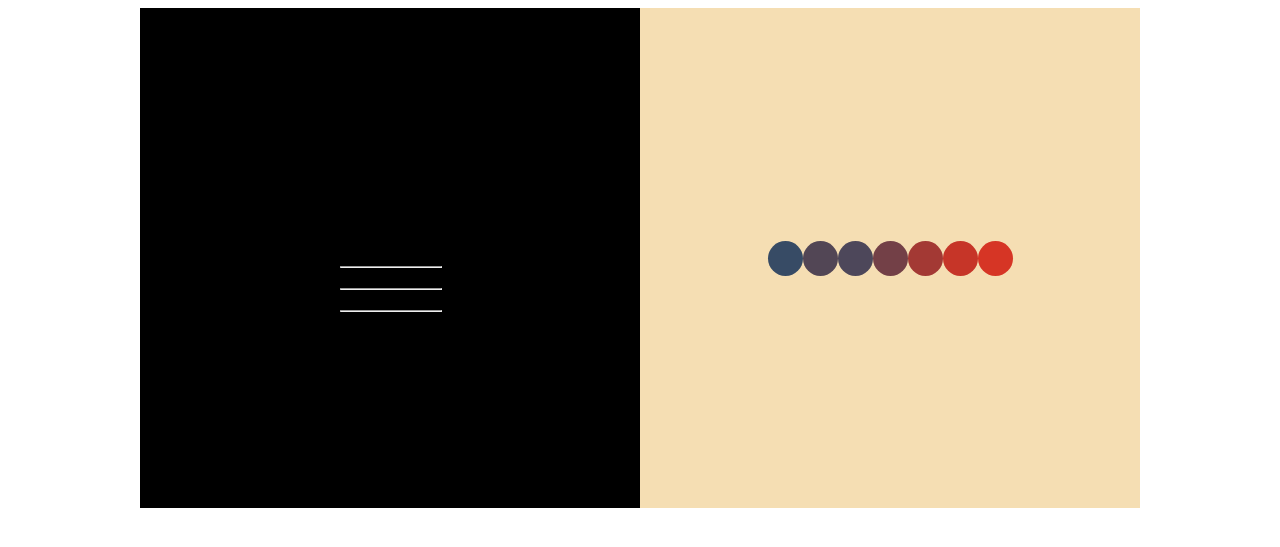
Repository: batonAnton/Hw-Lec10-animation
Page: index.html
These files come from the project's save history. The page is drawn as it stood at one moment and after the next save; the edit follows.
The browser window is 1280 px wide. The pictures show the whole page.

Above is the page before, as saved 2022-07-16 15:11:59.

### index.html
<!DOCTYPE html>
<html lang="en">
<head>
    <meta charset="UTF-8">
    <meta http-equiv="X-UA-Compatible" content="IE=edge">
    <meta name="viewport" content="width=device-width, initial-scale=1.0">
    <link rel="stylesheet" href="css/style.css">
    <title>Animation</title>
</head>
<body>
        <div class="wrapper">
            <div class="block">
                <div class="cross-line">
                    <hr class="first-line">
                    <hr class="second-line">
                    <hr class="third-line">
                </div>
            </div>
            <div class="allcircle">
                <div class="circle1 circle"></div>
                <div class="circle2 circle"></div>
                <div class="circle3 circle"></div>
                <div class="circle4 circle"></div>
                <div class="circle5 circle"></div>
                <div class="circle6 circle"></div>
                <div class="circle7 circle"></div>
            </div>
        </div>
</body>
</html>

### css/style.css
.wrapper{
    display:flex;
    justify-content: center;
    position: relative;
}
.block{
    background-color: black;
    width: 500px;
    height: 500px;
    display:flex;
    justify-content: center;
}

.cross-line{
    width: 100px;
    height: 100px;
    top: 50%;
    position:absolute;
}

hr{
    background-color: #fff;
    width: 100px;
}

.second-line{
    margin-bottom: 20px;
    margin-top: 20px;
    transition: all 0.3s ease-in-out;

}

.second-line{
    transition: all 0.3s ease-in-out;

}

.third-line{
    transition: all 0.3s ease-in-out;
}





.cross-line:hover .first-line {
    box-shadow: 0.4em 0 0.6em 0.2em rgb(190, 40, 204);
    transition: all 0.3s ease-in-out;
    transform: translateY(18px) translateX(0px) rotate(45deg);


}
.cross-line:hover .second-line {
    transition: all 0.3s ease-in-out;
    box-shadow: 0.4em 0 0.6em 0.2em rgb(190, 40, 204);
    transform: translateY(-3px) translateX(0px) rotate(-45deg);
}

.cross-line:hover .third-line{
    transition: all 0.3s ease-in-out;
    transform: translateY(-26px) translateX(0px) rotate(-45deg);
}

/* circle */

.allcircle{
    background-color: wheat;
    height: 500px;
    width: 500px;
    display: flex;
    justify-content: center;
    align-items: center;
    position: relative;
}
.circle{
    border-radius: 50%;
    width: 35px;
    height: 35px;
    background-color: rgb(46, 111, 49);

}

.circle:nth-child(1){
    background-color: rgb(55,75,101);
    animation-name: circle1;
    animation-duration: 3s;
    animation-iteration-count: infinite;
    left: -10px;
}

.circle:nth-child(2){
    background-color: rgb(82,70,85);
}
.circle:nth-child(3){
    background-color: rgb(77,71,90);
}
.circle:nth-child(4){
    background-color: rgb(115,64,71);
}
.circle:nth-child(5){
    background-color: rgb(163,57,52);
}
.circle:nth-child(6){
    background-color: rgb(198,53,40);
}
.circle:nth-child(7){
    background-color: rgb(214,53,37);
}

@keyframes circle1{
    0%{
        left:120px;
        top: 50px;
    }

    50%{

    }
    100%{

    }
}

After the next save:
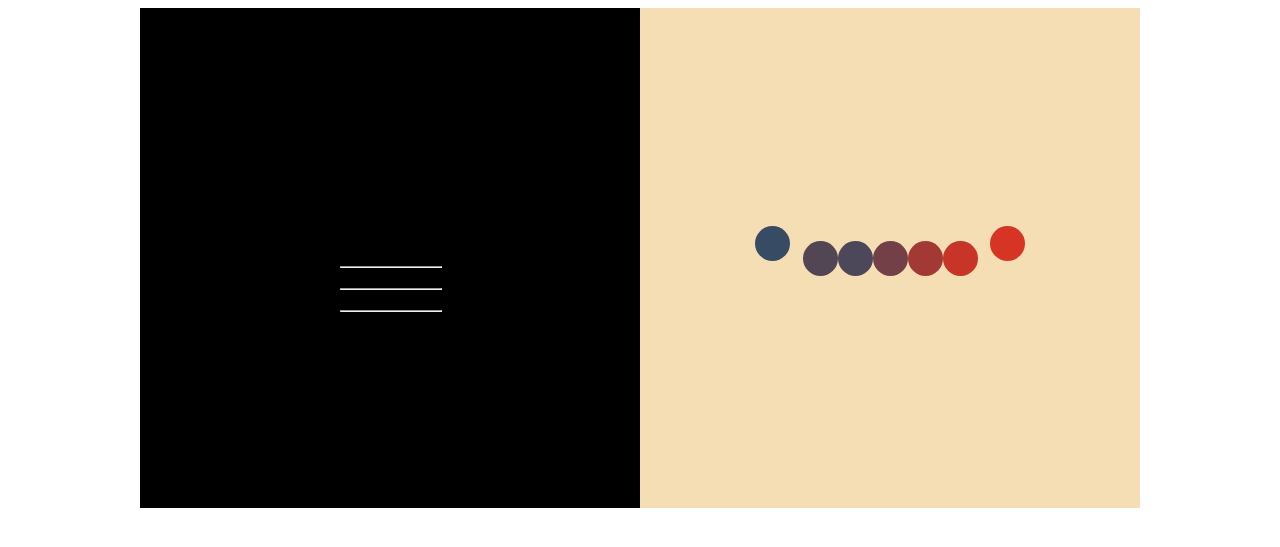
Saved 5 min 29 s later.
--- a/css/style.css
+++ b/css/style.css
@@ -85,11 +85,11 @@ hr{
     animation-name: circle1;
     animation-duration: 3s;
     animation-iteration-count: infinite;
-    left: -10px;
 }
 
 .circle:nth-child(2){
     background-color: rgb(82,70,85);
+
 }
 .circle:nth-child(3){
     background-color: rgb(77,71,90);
@@ -105,15 +105,38 @@ hr{
 }
 .circle:nth-child(7){
     background-color: rgb(214,53,37);
+    animation-name: circle2;
+    animation-duration: 3s;
+    animation-iteration-count: infinite;
+    animation-delay: ;
 }
 
 @keyframes circle1{
     0%{
-        left:120px;
-        top: 50px;
+        /* left:120px;
+        top: 50px; */
     }
 
     50%{
+        margin-right: 30px;
+        margin-top: -70px;
+    }
+    100%{
+
+    }
+}
+
+@keyframes circle2{
+    0%{
+        /* left:120px;
+        top: 50px; */
+    }
+
+    50%{
+        margin-left: 30px;
+        margin-top: -70px;
+    animation-delay: 30s;
+
 
     }
     100%{
